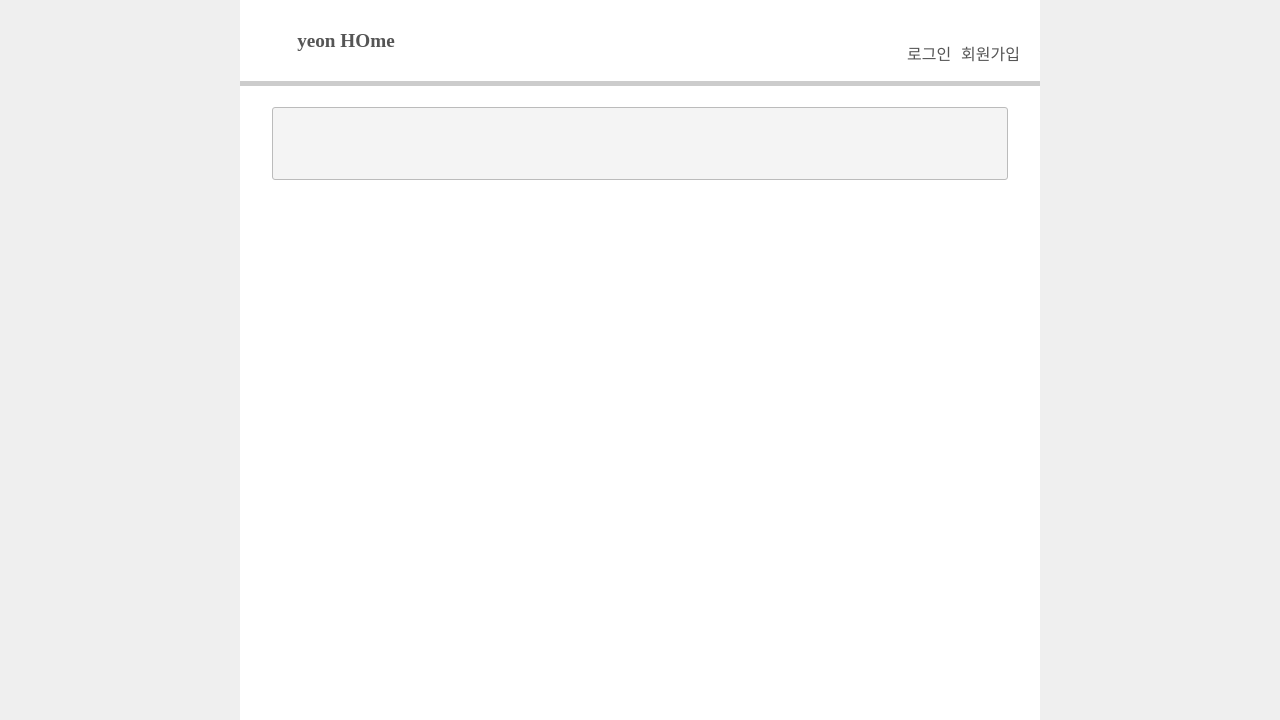
Repository: yeonhwa323/webPro
Page: webPro/src/main/webapp/jquery/days09/ex05_04.html
An editor plug-in stored every save of this project. The page is shown before and after the next save, followed by the edit.
The browser window is 1280 px wide. The pictures show the whole page.
Some web fonts or font styles are not loaded; a fallback is used.

Above is the page before, as saved 2024-04-17 05:44:10.

After the next save:
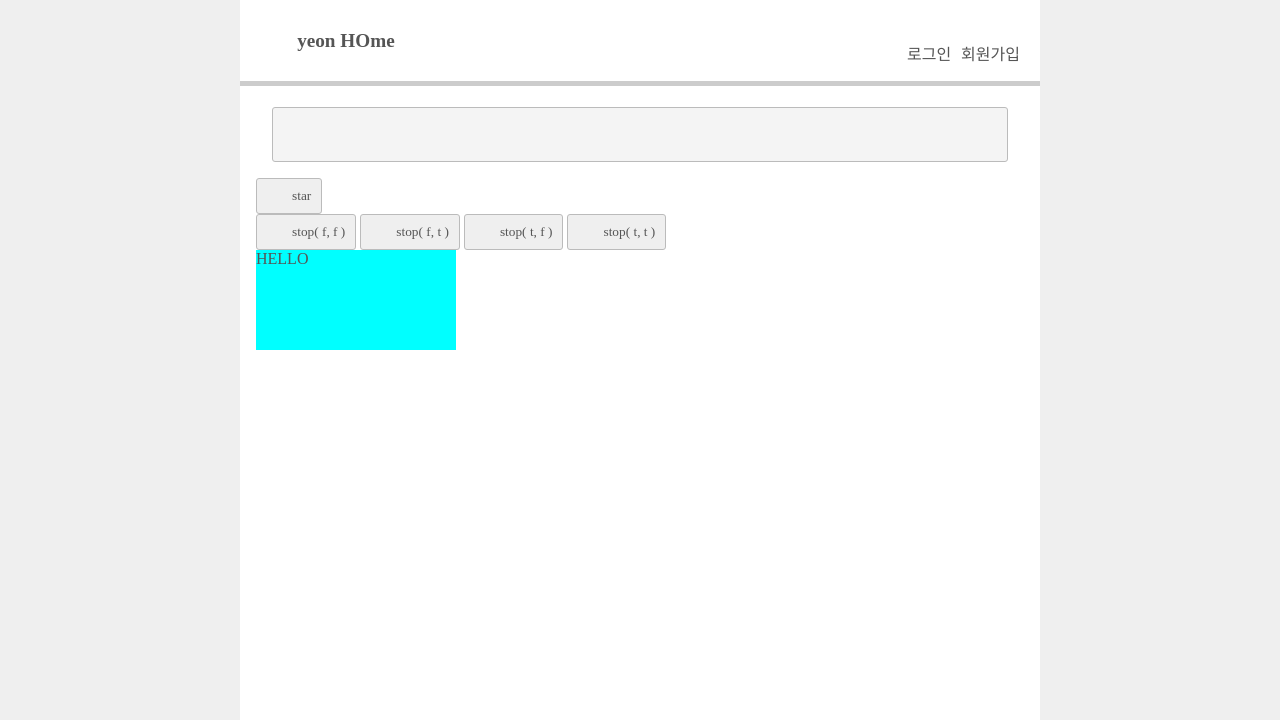
Saved 5 min 0 s later.
--- a/webPro/src/main/webapp/jquery/days09/ex05_04.html
+++ b/webPro/src/main/webapp/jquery/days09/ex05_04.html
@@ -24,8 +24,45 @@
 </header>
 <div>
   <xmp class="code">
+  </xmp>
 
-  </xmp>
+  <button id="start">star</button>
+  <br>
+  <button id="stopff">stop( f, f )</button>
+  <button id="stopft">stop( f, t )</button>
+  <button id="stoptf">stop( t, f )</button>
+  <button id="stoptt">stop( t, t )</button>
+
+  <div id="box"
+  style="background-color: aqua;width:200px;
+  height:100px;position: absolute;">HELLO</div>
+
+
 </div>
+
+ <script>
+   $("#start").on("click", function(){
+	   $("#box")
+	   		.animate({left:"300px"},5000)
+	   		.animate({fontSize:"3em"},5000)
+
+   });
+
+   $("#stopff").on("click", function(){
+	   $("#box").stop(false,false);
+   });
+   $("#stopft").on("click", function(){
+	   $("#box").stop(false,true);
+   });
+   $("#stoptf").on("click", function(){
+	   $("#box").stop(true,false);
+   });
+   $("#stoptt").on("click", function(){
+	   $("#box").stop(true,true);
+   });
+
+ </script>
+
+
 </body>
 </html>
